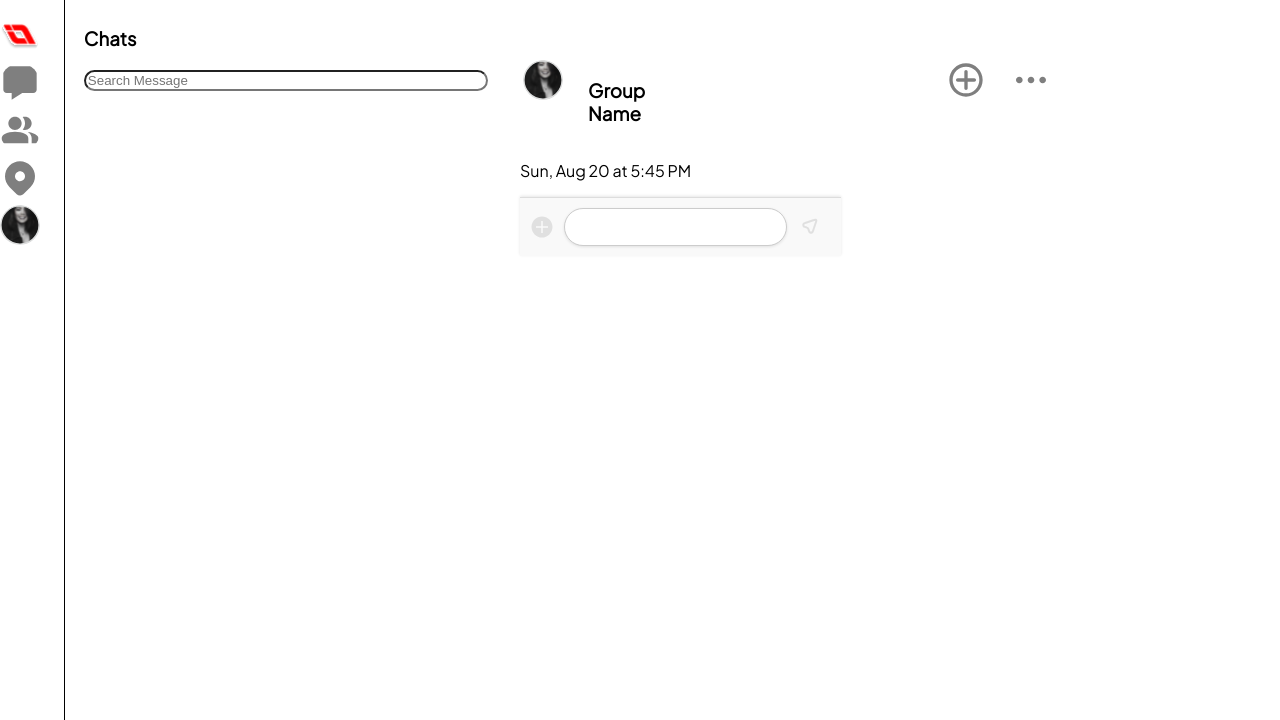
Repository: Nicktacku/LawChat
Page: /homechat (app in frontend/lawchat/)
These files come from the project's save history. The page is drawn as it stood at one moment and after the next save; the edit follows.
The browser window is 1280 px wide. The pictures show the whole page.
The page's requests for data from a server got no answer. The project was rebuilt for these pictures with package versions that can differ from the ones it lists, and the page was loaded fresh each time. No one was signed in, and anything a server would have sent is missing. Also part of the build but not shown: frontend/lawchat/src/styles/button.css, frontend/lawchat/src/components/Button.js, frontend/lawchat/src/pages/Home.js, frontend/lawchat/src/pages/Login.js, frontend/lawchat/src/styles/chatpreview.css, frontend/lawchat/src/components/ChatPreview.js, frontend/lawchat/src/components/ChatBubble.js, frontend/lawchat/src/pages/Test.js.

Above is the page before, as saved 2024-08-16 11:57:33.

### frontend/lawchat/public/index.html
<!DOCTYPE html>
<html lang="en">
  <head>
    <meta charset="utf-8" />
    <link rel="icon" href="%PUBLIC_URL%/favicon.ico" />
    <meta name="viewport" content="width=device-width, initial-scale=1" />
    <meta name="theme-color" content="#000000" />
    <meta
      name="description"
      content="Web site created using create-react-app"
    />
    <link rel="apple-touch-icon" href="%PUBLIC_URL%/logo192.png" />
    <!--
      manifest.json provides metadata used when your web app is installed on a
      user's mobile device or desktop. See https://developers.google.com/web/fundamentals/web-app-manifest/
    -->
    <link rel="manifest" href="%PUBLIC_URL%/manifest.json" />
    <link
      href="https://fonts.googleapis.com/css?family=Plus Jakarta Sans"
      rel="stylesheet"
    />
    <!--
      Notice the use of %PUBLIC_URL% in the tags above.
      It will be replaced with the URL of the `public` folder during the build.
      Only files inside the `public` folder can be referenced from the HTML.

      Unlike "/favicon.ico" or "favicon.ico", "%PUBLIC_URL%/favicon.ico" will
      work correctly both with client-side routing and a non-root public URL.
      Learn how to configure a non-root public URL by running `npm run build`.
    -->
    <title>React App</title>
  </head>
  <body>
    <noscript>You need to enable JavaScript to run this app.</noscript>
    <div id="root"></div>
    <!--
      This HTML file is a template.
      If you open it directly in the browser, you will see an empty page.

      You can add webfonts, meta tags, or analytics to this file.
      The build step will place the bundled scripts into the <body> tag.

      To begin the development, run `npm start` or `yarn start`.
      To create a production bundle, use `npm run build` or `yarn build`.
    -->
  </body>
</html>

### frontend/lawchat/src/App.js
import Home from "./pages/Home.js";
import Login from "./pages/Login.js";
import HomeChat from "./pages/HomeChat.js";

import {
  createBrowserRouter,
  createRoutesFromElements,
  Route,
  RouterProvider,
} from "react-router-dom";
import Test from "./pages/Test.js";

const router = createBrowserRouter(
  createRoutesFromElements(
    <Route path="/">
      <Route index element={<Home />} />
      <Route path="/login" element={<Login />} />
      <Route path="/homechat" element={<HomeChat />} />
      <Route path="/test" element={<Test />} />
    </Route>
  )
);

function App() {
  return (
    <div className="App">
      {/* <Login /> */}
      <RouterProvider router={router} />
    </div>
  );
}

export default App;

### frontend/lawchat/src/pages/HomeChat.js
import React, { useEffect, useState } from "react";

import logo from "../images/logo.svg";
import chaticon from "../images/chaticon.svg";
import friendsicon from "../images/friendsicon.svg";
import locationicon from "../images/locationicon.svg";
import personaldp from "../images/personaldp.svg";

import newchaticon from "../images/newchaticon.svg";
import ChatPreview from "../components/ChatPreview";

import addicon from "../images/addicon.svg";
import tripledoticon from "../images/tripledoticon.svg";
import ChatBubble from "../components/ChatBubble";

import attachicon from "../images/attachicon.svg";

import sendicon from "../images/sendicon.svg";

import "../styles/homechat.css";

import axios from "axios";

const HomeChat = () => {
  const [loading, setLoading] = useState(false);
  const [gcs, setGcs] = useState([]);
  const [user, setUser] = useState("");

  useEffect(() => {
    setLoading(true);
    axios
      .get("http://localhost:5555/gc")
      .then((response) => {
        setGcs(response.data);
        axios.get(`http://localhost:5555/user/${userId}`);
      })
      .then((response) => {
        setUser(response.data.name);
      })

      .catch((err) => {
        console.log("in chats", err);
        setLoading(false);
      });
  }, []);

  // function getUser(userId) {
  //   axios
  //     .get(`http://localhost:5555/user/${userId}`)
  //     .then((response) => {
  //       setUser(response.data.name);
  //     })
  //     .catch((err) => {
  //       console.log("in chats", err);
  //       setLoading(false);
  //     });
  // }
  return (
    <div className="container">
      <div className="sidebar">
        <img src={logo} className="img" /> <br />
        <img src={chaticon} className="img" /> <br />
        <img src={friendsicon} className="img" /> <br />
        <img src={locationicon} className="img" /> <br />
        <img src={personaldp} className="img" /> <br />
      </div>
      <div className="chats">
        <h3 className="h3">
          <b>Chats</b>
        </h3>
        <image src={newchaticon} />
        <form>
          <input type="text" placeholder="Search Message" className="search" />
        </form>
        {gcs.map((gc) =>
          gc.map((chat) => (
            <ChatPreview name={gc.name} preview={chat.message} />
          ))
        )}
      </div>
      <div className="chat">
        <div className="chat-bar">
          <img src={personaldp} className="chat-image" />
          <h3 className="chat-name">Group Name</h3>
          <img src={addicon} className="chat-add" />
          <img src={tripledoticon} className="chat-menu" />
        </div>
        <span className="chat-content">
          <p>Sun, Aug 20 at 5:45 PM</p>
          {gcs.map((gc) =>
            gc.chats.map((chat) => (
              <>
                <ChatBubble
                  name={chat.sender}
                  message={chat.message}
                  className="chat-content"
                />
              </>
            ))
          )}
        </span>
        <div className="chatbox">
          <img src={attachicon} />
          <form>
            <input type="text" placeholder="" />
            <img src={sendicon} />
          </form>
        </div>
      </div>
    </div>
  );
};

export default HomeChat;

### frontend/lawchat/src/styles/home.css
body {
    font-family: 'Plus Jakarta Sans';
}

.body {
    padding-left: 5%;
    padding-right: 5%;
}

.navbar {
    overflow: hidden;
    border-bottom: 1px solid rgba(129, 133, 137, 0.3);
    padding-left: 3%;
    padding-right: 3%;
}



.nav-list {
    list-style-type: none;
    margin: 0;
    padding: 0;
    text-align: center;
}

.nav-item {
    float: right;
    padding: 2vh;
}

.logo{
    overflow: hidden;
    float:left;
}

.body-content {
    width: 40%;
    float: left;
    justify-content: center;
}

.body-image {
    width: 60%;
    float: right;
}

.h1{
    font-size: 18vh;
    margin-top: 30%;
}

.p {
    font-size: 5vh;
    color: gray;
}

.stores {
    justify-content: space-around;
}

.body-image {
    position: relative;
}

/* .body-image-content {
    position: absolute;
    width: 100px;
    height: 100px;
    border: 1px solid red;
} */

### frontend/lawchat/src/styles/homechat.css
.sidebar {
    height: 100%;
    width: 5%;
    position: fixed;
    top: 0;
    left: 0;
    overflow-x: hidden;
    padding-top: 16px;
    border-right: 1px solid black;
    /* justify-content: center; */
    /* align-items: center; */
  }

.chat {
    margin-left: 40%;
    position: absolute;
    top: 0%;
}

.chats {
    margin-left: 6%
}

.img{
    width: 9vh;
    padding-bottom: 5%;
  }

.search {
    border-radius: 30px;
    width: 55vh
}

.chat-bar{
  margin-top: 20%;
  display:flex;
  justify-content: space-around;
}

.chat-image{
  margin-left: 1%;
}

.chat-name{
  margin-left: 5%;
}

.chat-add{
  margin-left: 100%;
}

.chat-menu{
  margin-left: 5%;
}

.chatbox {
  display: flex;
  align-items: center;
  padding: 10px;
  background-color: #f9f9f9;
  border-top: 1px solid #ddd;
  box-shadow: 0px -1px 3px rgba(0, 0, 0, 0.1);
  width: 100%;
}

.chatbox img {
  width: 24px;
  height: 24px;
  cursor: pointer;
  margin-right: 10px;
}

.chatbox form {
  display: flex;
  align-items: center;
  flex-grow: 1;
}

.chatbox input[type="text"] {
  flex-grow: 1;
  padding: 10px;
  border-radius: 20px;
  border: 1px solid #ccc;
  outline: none;
  font-family: Arial, sans-serif;
  font-size: 14px;
  background-color: #fff;
  box-shadow: 0px 1px 3px rgba(0, 0, 0, 0.1);
  margin-right: 10px;
}

.chatbox input[type="text"]::placeholder {
  color: #aaa;
}

.chatbox button {
  background: none;
  border: none;
  cursor: pointer;
}

.chatbox button img {
  width: 24px;
  height: 24px;
}

.chatbox input[type="text"]:focus {
  border-color: #007bff;
  box-shadow: 0px 0px 5px rgba(0, 123, 255, 0.5);
}

### frontend/lawchat/src/styles/chatbubble.css
.container {
  display: flex;
  align-items: flex-start; /* Aligns the profile image and text container at the top */
  margin-bottom: 10px;
}

.container img {
  width: 40px;
  height: 40px;
  border-radius: 50%;
  margin-right: 10px;
  flex-shrink: 0; /* Prevents the image from shrinking */
}

.message-wrapper {
  display: flex;
  flex-direction: column; /* Stacks the sender name and message vertically */
  max-width: 80%; /* Limits the width of the chat message */
}

.sender-name {
  font-size: 12px;
  color: #555;
  margin-bottom: 3px;
  font-weight: bold;
}

.chat-message {
  background-color: #f0f0f0;
  color: #333;
  padding: 10px 15px;
  border-radius: 15px;
  font-family: Arial, sans-serif;
  font-size: 14px;
  line-height: 1.5;
  box-shadow: 0px 1px 3px rgba(0, 0, 0, 0.1);
  position: relative;
  word-wrap: break-word; /* Ensures long words break onto the next line */
}

.chat-message::before {
  content: "";
  position: absolute;
  top: 10px;
  left: -10px;
  width: 0;
  height: 0;
  border-top: 10px solid transparent;
  border-bottom: 10px solid transparent;
  border-right: 10px solid #f0f0f0;
}

Loaded but not shown: frontend/lawchat/src/index.js (common file)

After the next save:
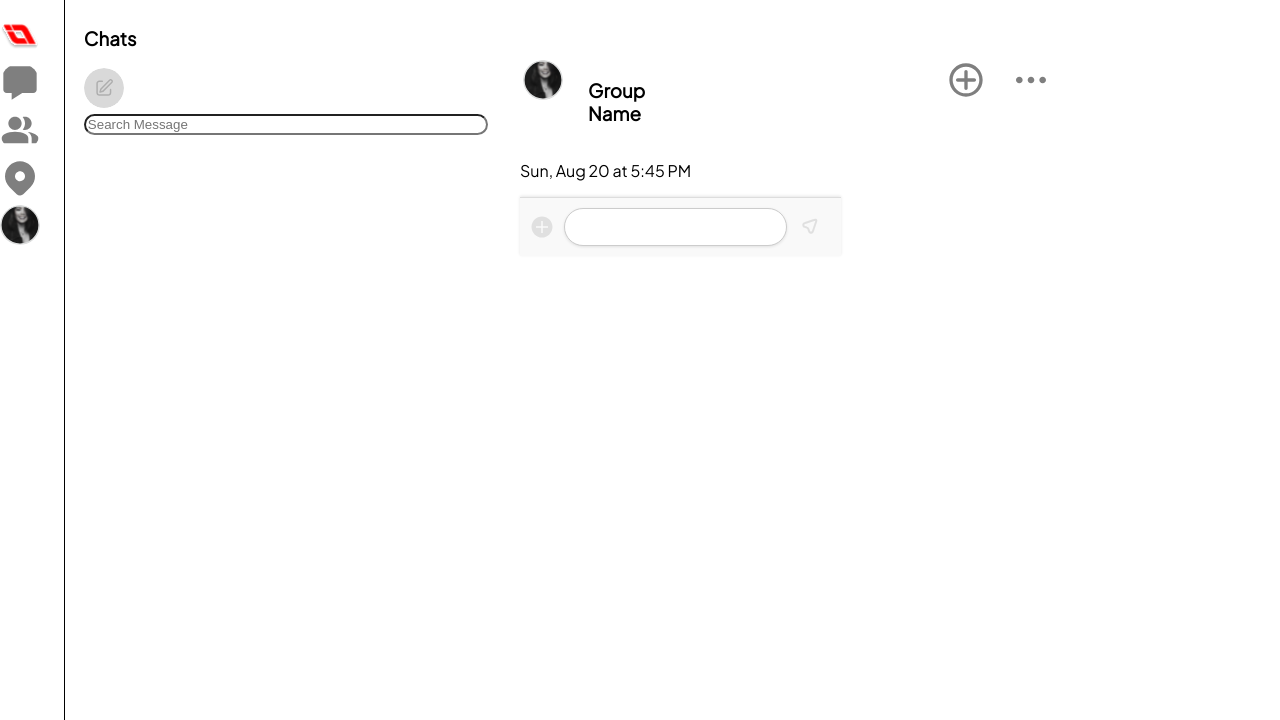
Saved 78 min 50 s later.
--- a/frontend/lawchat/src/pages/HomeChat.js
+++ b/frontend/lawchat/src/pages/HomeChat.js
@@ -1,4 +1,5 @@
 import React, { useEffect, useState } from "react";
+import axios from "axios";
 
 import logo from "../images/logo.svg";
 import chaticon from "../images/chaticon.svg";
@@ -8,23 +9,17 @@ import personaldp from "../images/personaldp.svg";
 
 import newchaticon from "../images/newchaticon.svg";
 import ChatPreview from "../components/ChatPreview";
-
 import addicon from "../images/addicon.svg";
 import tripledoticon from "../images/tripledoticon.svg";
 import ChatBubble from "../components/ChatBubble";
-
 import attachicon from "../images/attachicon.svg";
-
 import sendicon from "../images/sendicon.svg";
-
 import "../styles/homechat.css";
-
-import axios from "axios";
 
 const HomeChat = () => {
   const [loading, setLoading] = useState(false);
   const [gcs, setGcs] = useState([]);
-  const [user, setUser] = useState("");
+  const [userNames, setUserNames] = useState({});
 
   useEffect(() => {
     setLoading(true);
@@ -32,78 +27,84 @@ const HomeChat = () => {
       .get("http://localhost:5555/gc")
       .then((response) => {
         setGcs(response.data);
-        axios.get(`http://localhost:5555/user/${userId}`);
+        fetchUserNames(response.data);
       })
-      .then((response) => {
-        setUser(response.data.name);
-      })
-
       .catch((err) => {
         console.log("in chats", err);
         setLoading(false);
       });
   }, []);
 
-  // function getUser(userId) {
-  //   axios
-  //     .get(`http://localhost:5555/user/${userId}`)
-  //     .then((response) => {
-  //       setUser(response.data.name);
-  //     })
-  //     .catch((err) => {
-  //       console.log("in chats", err);
-  //       setLoading(false);
-  //     });
-  // }
+  const fetchUserNames = async (gcs) => {
+    const userIds = [
+      ...new Set(gcs.flatMap((gc) => gc.chats.map((chat) => chat.sender))),
+    ];
+
+    const userPromises = userIds.map((id) =>
+      axios.get(`http://localhost:5555/user/${id}`).then((response) => ({
+        id,
+        name: response.data.name,
+      }))
+    );
+
+    const userData = await Promise.all(userPromises);
+    const userNameMap = userData.reduce((acc, user) => {
+      acc[user.id] = user.name;
+      return acc;
+    }, {});
+
+    setUserNames(userNameMap);
+    setLoading(false);
+  };
+
   return (
     <div className="container">
       <div className="sidebar">
-        <img src={logo} className="img" /> <br />
-        <img src={chaticon} className="img" /> <br />
-        <img src={friendsicon} className="img" /> <br />
-        <img src={locationicon} className="img" /> <br />
-        <img src={personaldp} className="img" /> <br />
+        <img src={logo} className="img" alt="Logo" /> <br />
+        <img src={chaticon} className="img" alt="Chat Icon" /> <br />
+        <img src={friendsicon} className="img" alt="Friends Icon" /> <br />
+        <img src={locationicon} className="img" alt="Location Icon" /> <br />
+        <img src={personaldp} className="img" alt="Personal DP" /> <br />
       </div>
       <div className="chats">
         <h3 className="h3">
           <b>Chats</b>
         </h3>
-        <image src={newchaticon} />
+        <img src={newchaticon} alt="New Chat Icon" />
         <form>
           <input type="text" placeholder="Search Message" className="search" />
         </form>
         {gcs.map((gc) =>
           gc.map((chat) => (
-            <ChatPreview name={gc.name} preview={chat.message} />
+            <ChatPreview key={gc.id} name={gc.name} preview={chat.message} />
           ))
         )}
       </div>
       <div className="chat">
         <div className="chat-bar">
-          <img src={personaldp} className="chat-image" />
+          <img src={personaldp} className="chat-image" alt="Chat Image" />
           <h3 className="chat-name">Group Name</h3>
-          <img src={addicon} className="chat-add" />
-          <img src={tripledoticon} className="chat-menu" />
+          <img src={addicon} className="chat-add" alt="Add Icon" />
+          <img src={tripledoticon} className="chat-menu" alt="Menu Icon" />
         </div>
         <span className="chat-content">
           <p>Sun, Aug 20 at 5:45 PM</p>
           {gcs.map((gc) =>
             gc.chats.map((chat) => (
-              <>
-                <ChatBubble
-                  name={chat.sender}
-                  message={chat.message}
-                  className="chat-content"
-                />
-              </>
+              <ChatBubble
+                key={chat.id}
+                name={userNames[chat.sender] || chat.sender}
+                message={chat.message}
+                className="chat-content"
+              />
             ))
           )}
         </span>
         <div className="chatbox">
-          <img src={attachicon} />
+          <img src={attachicon} alt="Attach Icon" />
           <form>
             <input type="text" placeholder="" />
-            <img src={sendicon} />
+            <img src={sendicon} alt="Send Icon" />
           </form>
         </div>
       </div>
